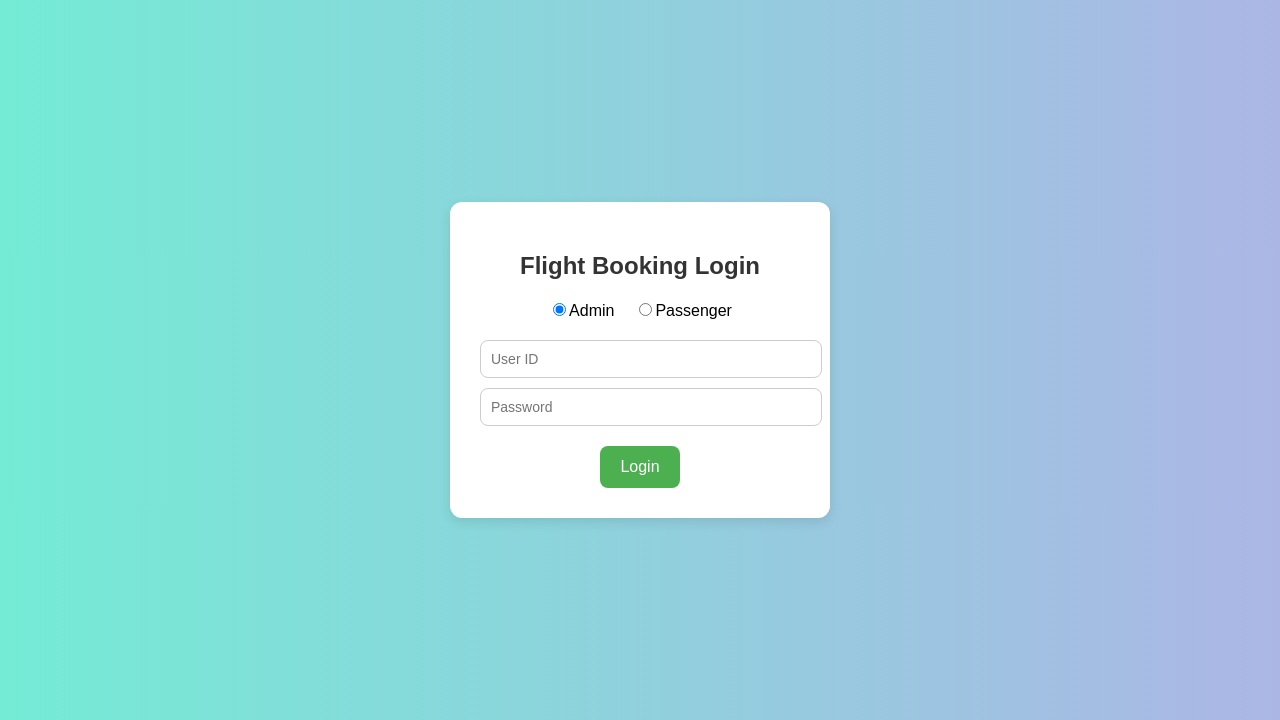
Repository: Shenes35/Booking-system
Page: / (app in frontend/)
The author's editor kept a copy of each file at every save. The page is drawn from the files as they stood at one save, then again after a run of saves.
The browser window is 1280 px wide. The pictures show the whole page.
The project was rebuilt for these pictures with package versions that can differ from the ones it lists, and the page was loaded fresh each time.

Above is the page before, as saved 2025-05-19 10:40:18.

### frontend/src/index.js
import React from 'react';
import ReactDOM from 'react-dom/client';
import './index.css';
import App from './App.jsx';       // ONLY one import of App
import reportWebVitals from './reportWebVitals';

const root = ReactDOM.createRoot(document.getElementById('root'));
root.render(
  <React.StrictMode>
    <App />
  </React.StrictMode>
);

reportWebVitals();

### frontend/src/App.jsx
import React, { useState } from 'react';
import LoginPage from './components/LoginPage';

const App = () => {
  const [userRole, setUserRole] = useState(null);

  if (!userRole) {
    return <LoginPage setUserRole={setUserRole} />;
  }

  return (
    <div>
      <h1>Welcome, {userRole}!</h1>
      {/* Add more UI or navigation here */}
    </div>
  );
};

export default App;

### frontend/src/components/LoginPage.jsx
import React, { useState } from 'react';

const LoginPage = ({ setUserRole }) => {
  const [role, setRole] = useState('admin');
  const [userId, setUserId] = useState('');
  const [password, setPassword] = useState('');

  const handleSubmit = (e) => {
    e.preventDefault();
    if (!userId || !password) {
      alert('Please enter User ID and Password');
      return;
    }
    setUserRole(role);
  };

  return (
    <div style={styles.container}>
      <div style={styles.card}>
        <h2 style={styles.title}>Flight Booking Login</h2>
        <form onSubmit={handleSubmit}>
            <div style={styles.roleSelection}>
            <label style={styles.radioLabel}>
                <input type="radio" value="admin" checked={role === 'admin'} onChange={() => setRole('admin')} />
                Admin
            </label>
            <label style={styles.radioLabel}>
                <input type="radio" value="passenger" checked={role === 'passenger'} onChange={() => setRole('passenger')} />
                Passenger
            </label>
            </div>
            <input
                type="text"
                placeholder="User ID"
                value={userId}
                onChange={(e) => setUserId(e.target.value)}
                style={styles.input}
            />
            <input
                type="password"
                placeholder="Password"
                value={password}
                onChange={(e) => setPassword(e.target.value)}
                style={styles.input}
            />
            <button type="submit" style={styles.button}>Login</button>
        </form>
        </div>
    </div>
  );
};
const styles = {
  container: {
    display: 'flex',
    justifyContent: 'center',
    alignItems: 'center',
    height: '100vh',
    background: 'linear-gradient(to right, #74ebd5, #ACB6E5)',
    fontFamily: 'Arial, sans-serif',
  },
  card: {
    padding: '30px',
    borderRadius: '12px',
    backgroundColor: '#ffffff',
    boxShadow: '0 4px 12px rgba(0, 0, 0, 0.1)',
    minWidth: '320px',
    textAlign: 'center',
  },
  title: {
    marginBottom: '20px',
    color: '#333',
  },
  roleSelection: {
    display: 'flex',
    justifyContent: 'center',
    gap: '20px',
    marginBottom: '20px',
  },
  radioLabel: {
    fontSize: '16px',
  },
  input: {
    display: 'block',
    width: '100%',
    padding: '10px',
    margin: '10px 0',
    border: '1px solid #ccc',
    borderRadius: '8px',
    fontSize: '14px',
  },
  button: {
    backgroundColor: '#4CAF50',
    color: '#fff',
    padding: '12px 20px',
    border: 'none',
    borderRadius: '8px',
    cursor: 'pointer',
    fontSize: '16px',
    marginTop: '10px',
    transition: 'background-color 0.3s ease',
  },
};

export default LoginPage;

Loaded but not shown: frontend/public/index.html (common file); frontend/src/index.css (common file); frontend/src/reportWebVitals.js (common file)

After the next 3 saves:
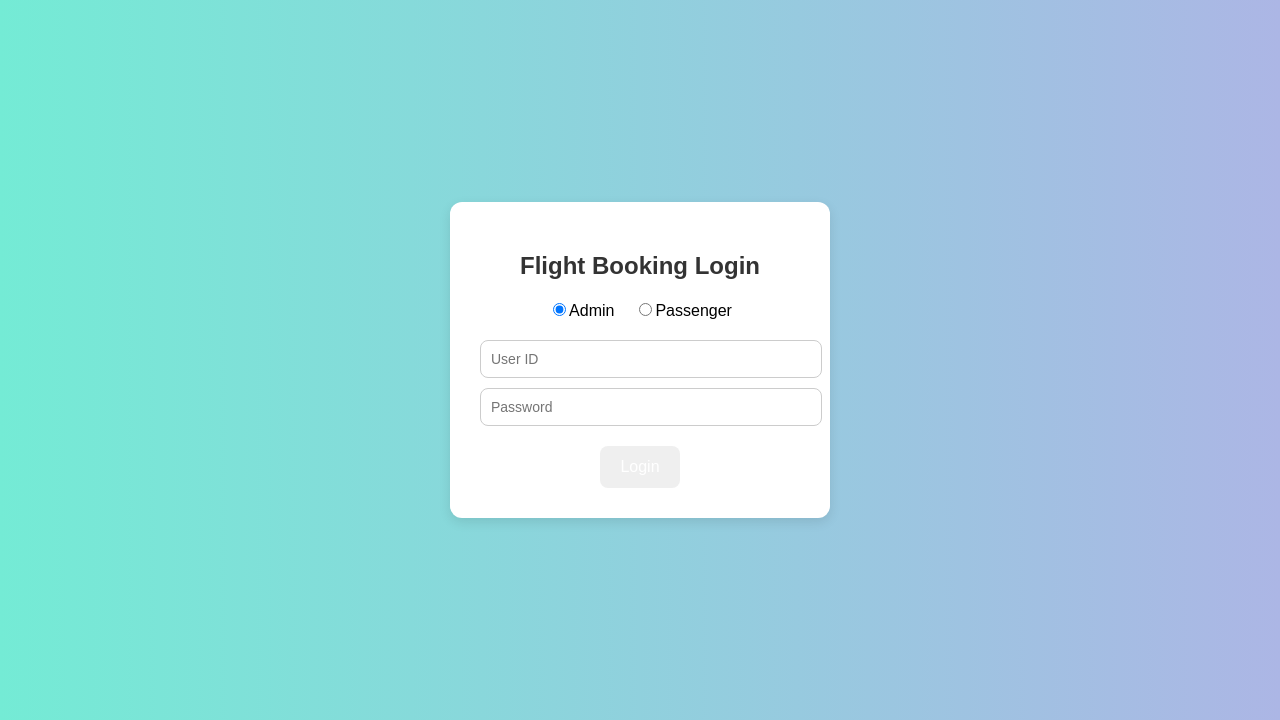
The 3 saves are shown as one change because they came seconds apart.
The last was saved 14 s later.
--- a/frontend/src/components/LoginPage.jsx
+++ b/frontend/src/components/LoginPage.jsx
@@ -89,7 +89,7 @@ const styles = {
     fontSize: '14px',
   },
   button: {
-    backgroundColor: '#4CAF50',
+    backgroundColor: '#4',
     color: '#fff',
     padding: '12px 20px',
     border: 'none',
